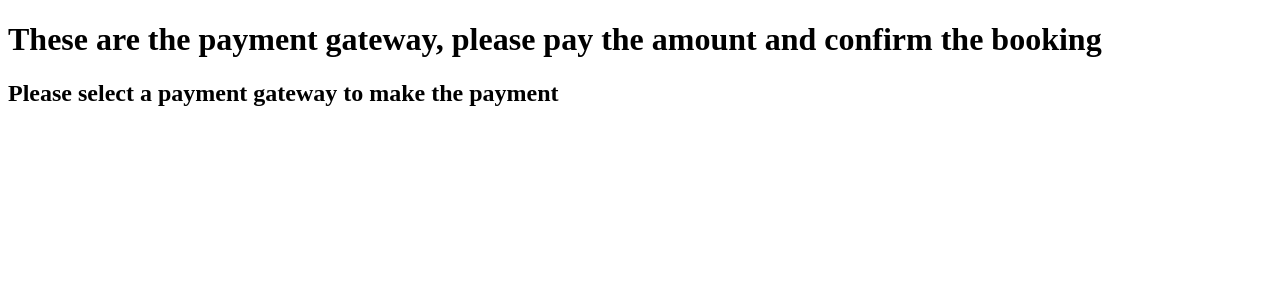
Repository: RamJangid/AdvanceJavaDone
Page: http://localhost/FlyAway/bookflightbypayment.jsp
These files come from the project's save history. The page is drawn as it stood at one moment and after the next save; the edit follows.
The browser window is 1280 px wide. The pictures show the whole page.
The page is served by Tomcat 10. Nobody is signed in. The application's start-up code is not run.

Above is the page before, as saved 2022-09-22 03:10:31.

After the next save:
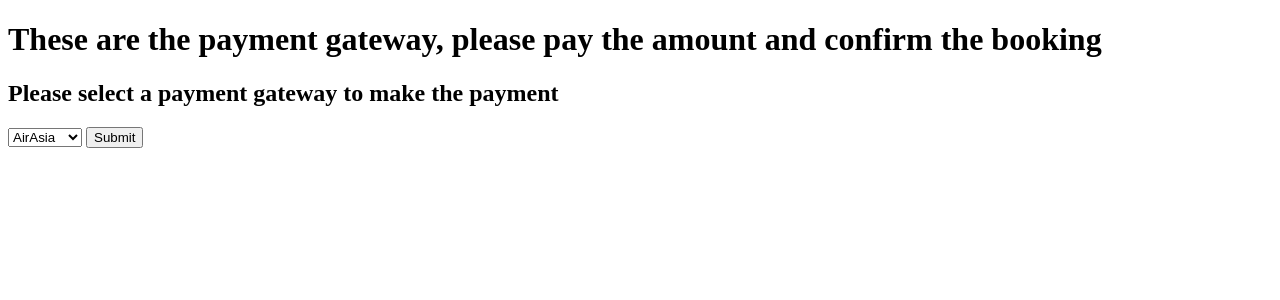
Saved 78 s later.
--- a/FlyAway/src/main/webapp/bookflightbypayment.jsp
+++ b/FlyAway/src/main/webapp/bookflightbypayment.jsp
@@ -11,6 +11,16 @@
 
 		<h2>Please select a payment gateway to make the payment</h2>
 
+		<form action="finalbookingdetails.jsp" method = "post">
+				<select name = "selectanyflight">
+					<option value = "AS">AirAsia</option>
+					<option value = "IN">Indigo</option>
+					<option value = "SP">SpiceJet</option>
+				</select>
 
+				<input type = "submit" name = "Submit"/>
+
+
+				<br><br>
 </body>
 </html>
